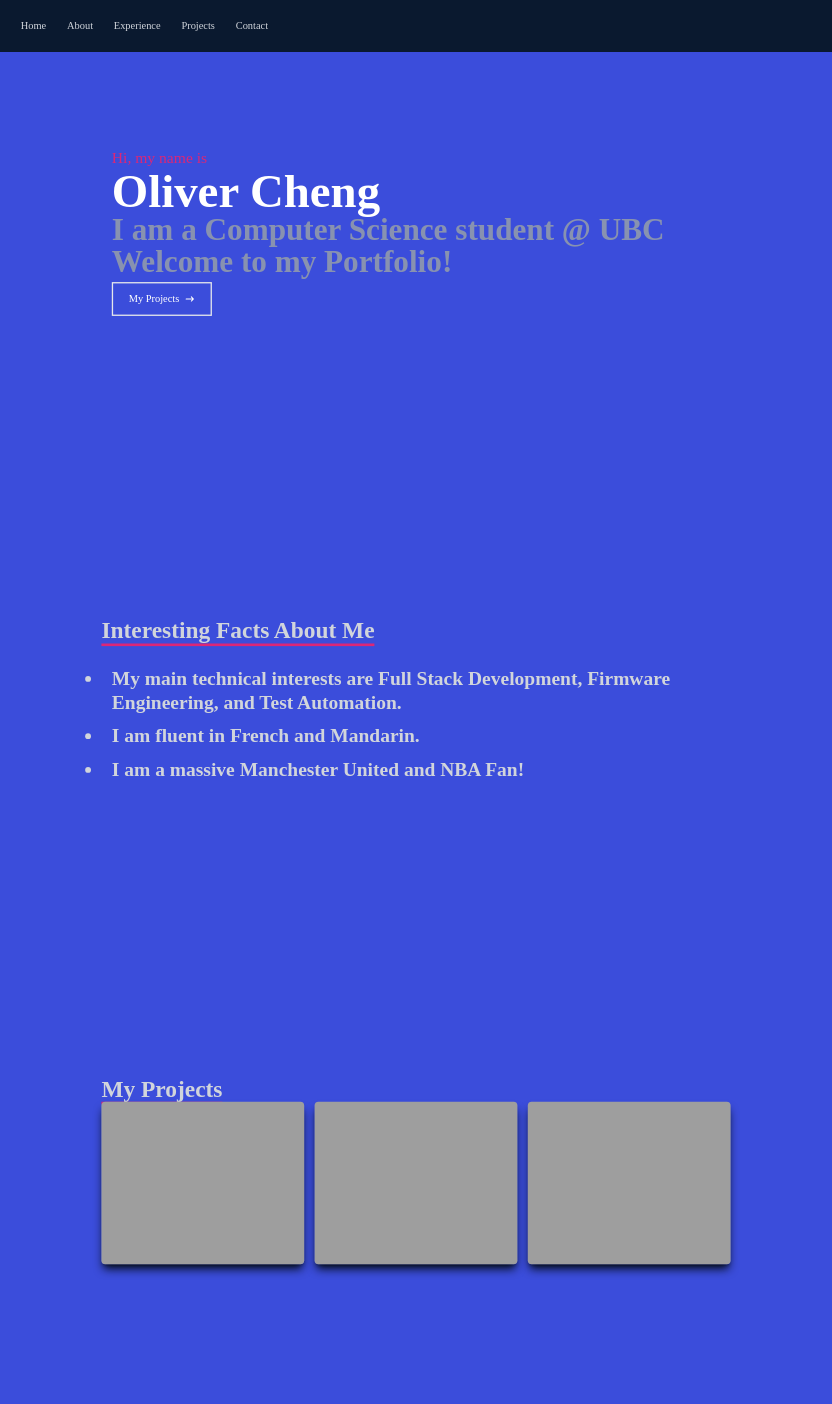
Repository: olichengus/Project-Portfolio
Page: /
These files come from the project's save history. The page is drawn as it stood at one moment and after a run of saves; the edit follows.
The browser window is 1280 px wide. The pictures show the whole page, at 65% of full size.
Pictures or frames that could not be fetched are drawn as grey boxes. The project was rebuilt for these pictures with package versions that can differ from the ones it lists, and the page was loaded fresh each time.

Above is the page before, as saved 2024-02-09 23:22:50.

After the next 3 saves:
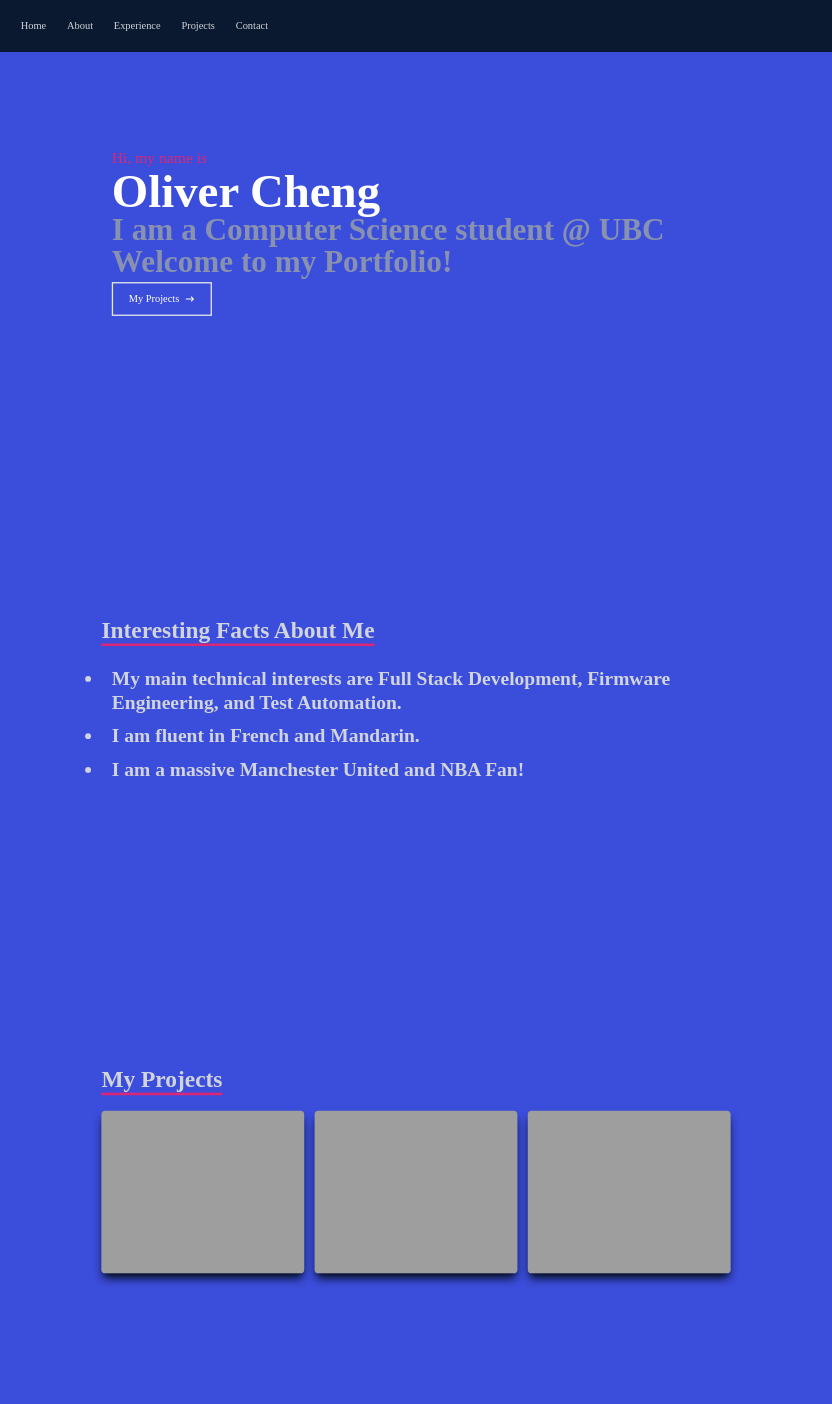
The 3 saves are shown as one change because they came seconds apart.
The last was saved 33 s later.
--- a/src/components/Work.jsx
+++ b/src/components/Work.jsx
@@ -11,7 +11,7 @@ const Work = () => {
 
             {/* Container */}
 
-                <div className='grid sm:grid-cols-2 md:grid-cols-3 gap-4'>
+                <div className='grid sm:grid-cols-2 md:grid-cols-3 gap-4 mt-7'>
 
             {/* Grid Item */}
                     <div style = {{backgroundImage: `url(${Background})`}}
